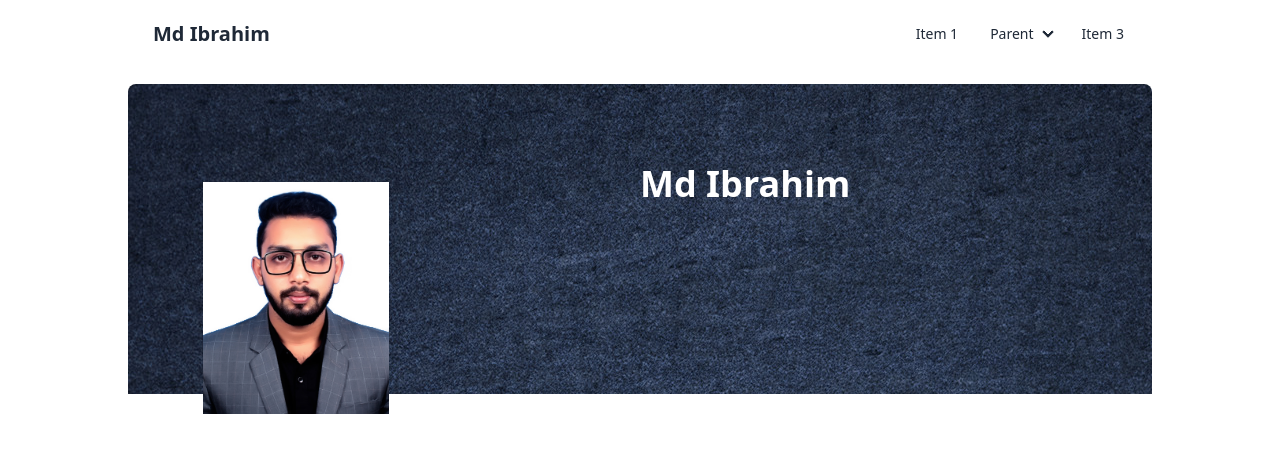
Repository: mdrubel02/portfilo
Page: /
The author's editor kept a copy of each file at every save. The page is drawn from the files as they stood at one save, then again after the next save.
The browser window is 1280 px wide. The pictures show the whole page.
The project was rebuilt for these pictures with package versions that can differ from the ones it lists, and the page was loaded fresh each time. Also part of the build but not shown: vite.config.js.

Above is the page before, as saved 2023-06-25 14:10:19.

### src/main.jsx
import React from 'react'
import ReactDOM from 'react-dom/client'
import './index.css'
import { RouterProvider } from 'react-router-dom'
import router from './Layout/routes'



ReactDOM.createRoot(document.getElementById('root')).render(
  <React.StrictMode>
    <div className='max-w-screen-lg mx-auto'>
      <RouterProvider router={router} />
    </div>
  </React.StrictMode>,
)

### src/Layout/routes.jsx
import { createBrowserRouter } from "react-router-dom";
import Main from "./Main";
import Home from "../Pages/Home/Home";


const router = createBrowserRouter([
  {
    path: "/",
    element: <Main />,
    children: [
      { path: '/', element: <Home /> },
      { path: '/home', element: <Home /> }
    ]
  }
]);

export default router;

### src/Layout/Main.jsx
import React from 'react';
import Navbar from '../Shared/Navbar/Navbar';
import { Outlet } from 'react-router-dom';

const Main = () => {
    return (
        <div className=''>
            <Navbar />
            <Outlet />
        </div>
    );
};

export default Main;

### src/Pages/Home/Home.jsx
import React from 'react';
import profile from '../../assets/nayeem.jpg'
import banner from '../../assets/background-image.jpg'


const Home = () => {
    return (
        <div className='mt-3'>
            <div
             style={{backgroundImage: `url(${banner})`}}
            className='lg:h-[310px] max-[600px]:h-[450px relative rounded-t-lg'>
                    <div className='lg:flex mt-4'>
                        <div className='lg:w-1/2 flex justify-center items-center '>
                            <img className=' lg:h-3/4 max-[600px]:h-60 lg:absolute lg:bottom-[-20px] lg:left-[75px] mt-9 ' src={profile} alt="profile" />
                        </div>
                        <div className='lg:w-1/2 flex justify-start items-center'>
                            <div className='mt-20 w-60'>
                                <h3 className='text-4xl text-white font-extrabold font-sans'>Md Ibrahim</h3>
                            </div>
                        </div>
                    </div>
            </div>
        </div>
    );
};

export default Home;

### src/Shared/Navbar/Navbar.jsx
import React from 'react';

const Navbar = () => {
    return (
        <div className="navbar bg-base-100 ">
            <div className="navbar-start">
            <div className="dropdown ">
                    <label tabIndex={0} className="btn btn-ghost lg:hidden">
                        <svg xmlns="http://www.w3.org/2000/svg" className="h-5 w-5" fill="none" viewBox="0 0 24 24" stroke="currentColor"><path strokeLinecap="round" strokeLinejoin="round" strokeWidth="2" d="M4 6h16M4 12h8m-8 6h16" /></svg>
                    </label>
                    <ul tabIndex={0} className="menu menu-sm dropdown-content mt-3 z-[1] p-2 shadow bg-base-100 rounded-box w-52">
                        <li><a>Item 1</a></li>
                        <li>
                            <a>Parent</a>
                            <ul className="p-2">
                                <li><a>Submenu 1</a></li>
                                <li><a>Submenu 2</a></li>
                            </ul>
                        </li>
                        <li><a>Item 3</a></li>
                    </ul>
                </div>
                <a className="btn btn-ghost normal-case text-xl">Md Ibrahim</a>
            </div>
            <div className="navbar-end hidden lg:flex">
                <ul className="menu menu-horizontal px-1">
                    <li><a>Item 1</a></li>
                    <li tabIndex={0}>
                        <details>
                            <summary>Parent</summary>
                            <ul className="p-2">
                                <li><a>Submenu 1</a></li>
                                <li><a>Submenu 2</a></li>
                            </ul>
                        </details>
                    </li>
                    <li><a>Item 3</a></li>
                </ul>
            </div>


        </div>
    );
};

export default Navbar;

Loaded but not shown: index.html (common file); src/index.css (common file); tailwind.config.js (common file)

After the next save:
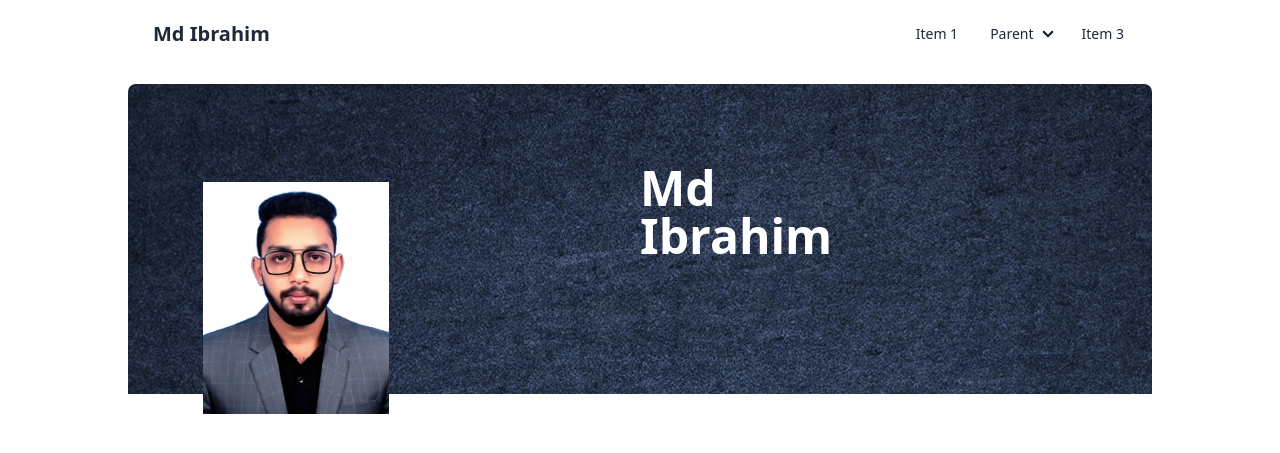
Saved 25 s later.
--- a/src/Pages/Home/Home.jsx
+++ b/src/Pages/Home/Home.jsx
@@ -15,7 +15,7 @@ const Home = () => {
                         </div>
                         <div className='lg:w-1/2 flex justify-start items-center'>
                             <div className='mt-20 w-60'>
-                                <h3 className='text-4xl text-white font-extrabold font-sans'>Md Ibrahim</h3>
+                                <h3 className='text-5xl text-white font-extrabold font-sans'>Md Ibrahim</h3>
                             </div>
                         </div>
                     </div>
